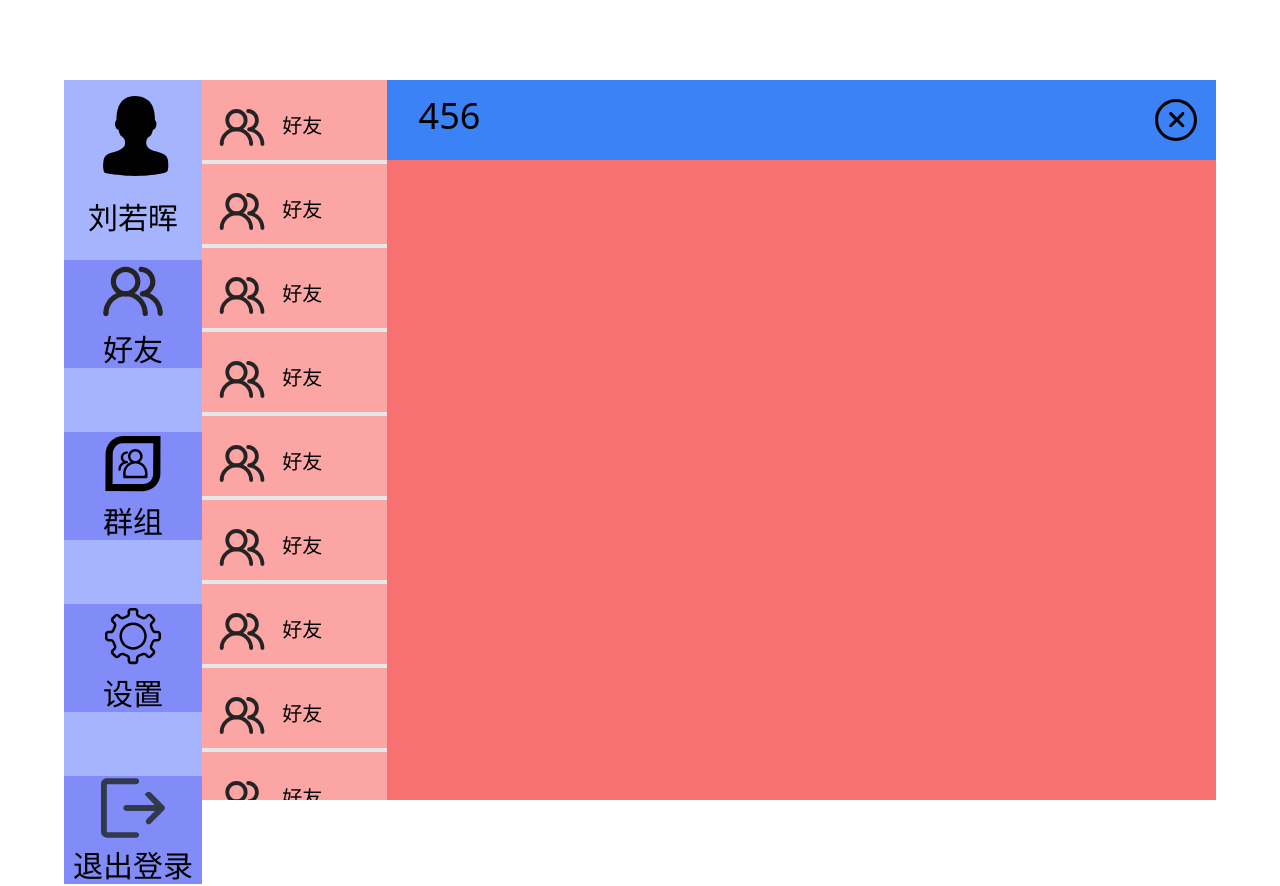
Repository: LiuRuohui/test_the_tailwindcss
Page: /
The author's editor kept a copy of each file at every save. The page is drawn from the files as they stood at one save, then again after the next save.
The browser window is 1280 px wide. The pictures show the whole page.
The project was rebuilt for these pictures with package versions that can differ from the ones it lists, and the page was loaded fresh each time. Also part of the build but not shown: vite.config.js, src/components/WelcomingPage.vue, src/components/RegisterPage.vue, src/components/LoginPage.vue, src/components/ForgetPasswd.vue, src/components/HelloWorld.vue, src/components/UpdateInformation.vue, src/components/ShowInformation.vue.

Above is the page before, as saved 2022-03-14 20:59:13.

After the next save:
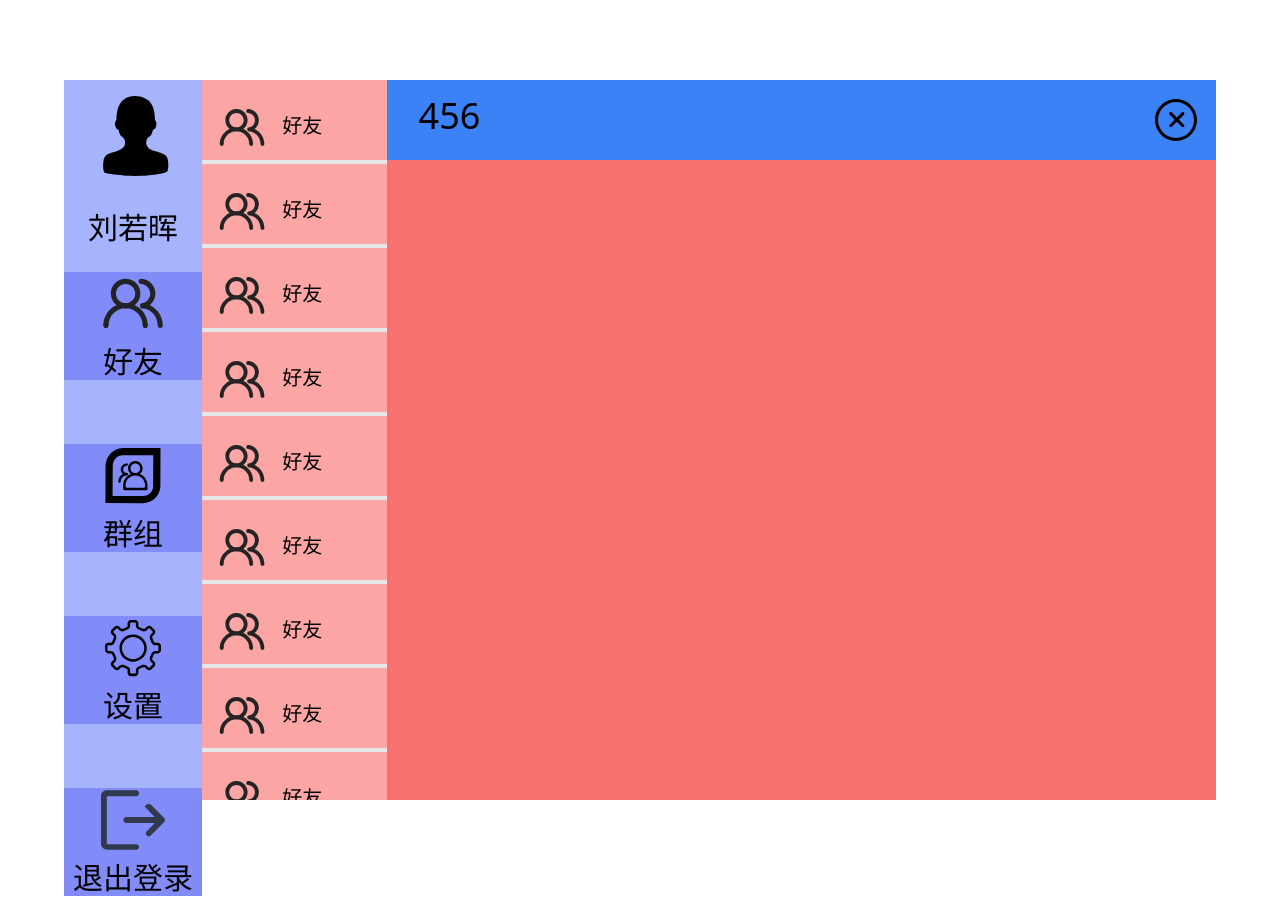
Saved 13 s later.
--- a/src/components/MainPage.vue
+++ b/src/components/MainPage.vue
@@ -3,7 +3,7 @@
     <div class="sm:basis-36 ">
         <div class="grid grid-rows-3 sm:gap-6 gap-3">
             <div class="row-span-2">
-                <img src="../assets/用户.svg" alt="" class="mt-2 sm:mt-4 h-20 w-2/3 mx-auto">
+                <img src="../assets/用户.svg" alt="" class="my-2 sm:mt-4 h-20 w-2/3 mx-auto">
             </div>
             <div class="sm:text-3xl text-center m-auto">{{nickname}}</div>
             <div class="grid grid-rows-4 gap-16 bg-indigo-300">
